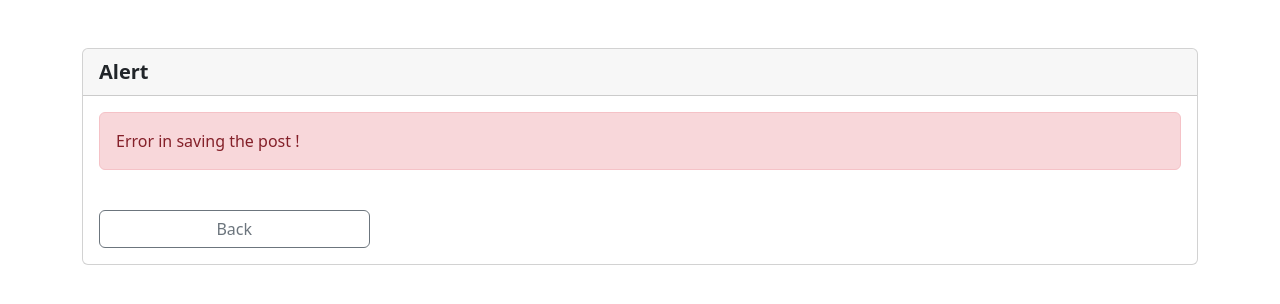
Repository: codewithajaythomas/iNeuron-Assignment
Page: http://localhost/JavaFinalProject-Q17/alert.jsp
These files come from the project's save history. The page is drawn as it stood at one moment and after the next save; the edit follows.
The browser window is 1280 px wide. The pictures show the whole page.
The page is served by Tomcat 9.

Above is the page before, as saved 2023-05-30 15:18:44.

After the next save:
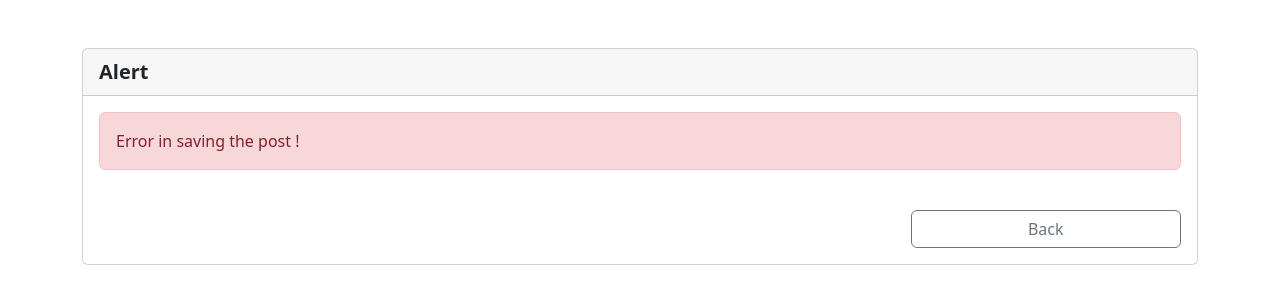
Saved 4 min 24 s later.
--- a/JavaFinalProject-Q17/WebContent/alert.jsp
+++ b/JavaFinalProject-Q17/WebContent/alert.jsp
@@ -32,7 +32,7 @@
 		        <br />
 		    </c:otherwise>
 		</c:choose>
-          <a href="../" role="button" class="btn btn-outline-secondary w-25">Back</a>
+          <a href="../" role="button" class="btn btn-outline-secondary float-end w-25">Back</a>
         </div>
       </div>
     </div>
